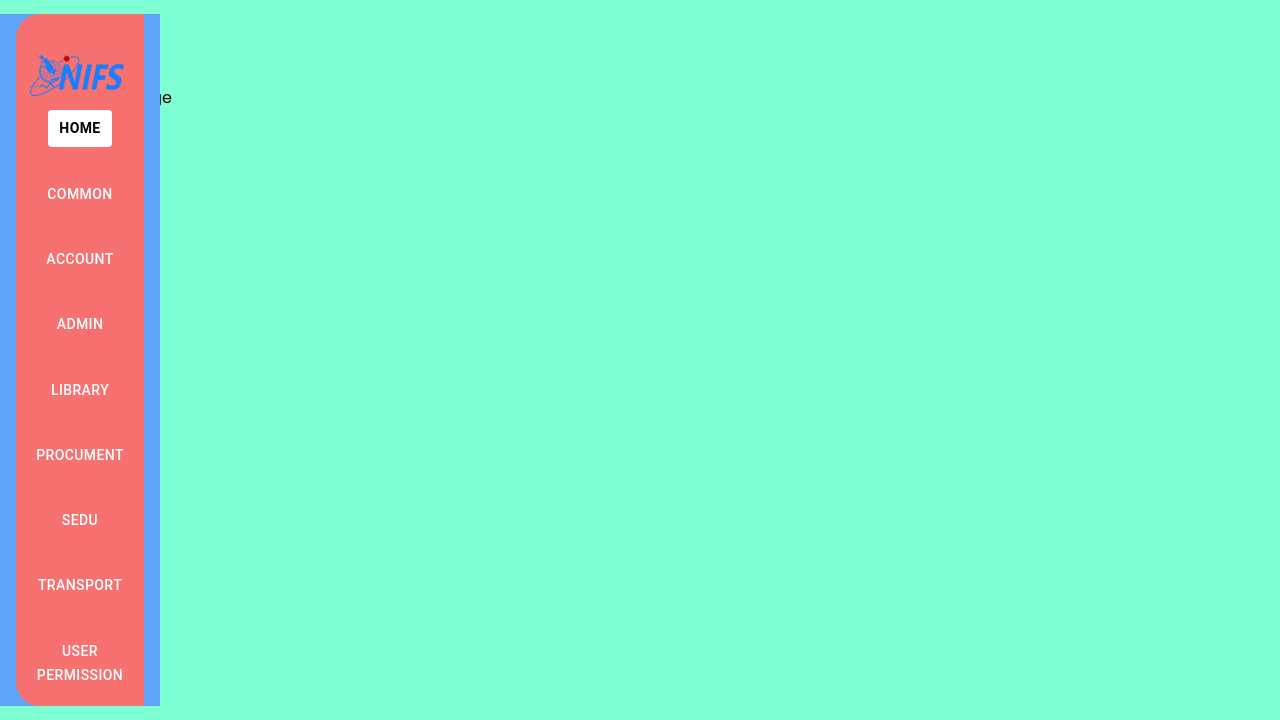
Repository: virangaj/NIFS-WebApp
Page: / (app in client/)
The author's editor kept a copy of each file at every save. The page is drawn from the files as they stood at one save, then again after the next save.
The browser window is 1280 px wide. The pictures show the whole page.
The project was rebuilt for these pictures with package versions that can differ from the ones it lists, and the page was loaded fresh each time. Also part of the build but not shown: client/src/pages/Login.tsx, client/src/components/Transport/shared/TransportNavbar.js, client/src/pages/TransportMainPage.tsx, client/src/pages/CommonMainPage.tsx, client/src/pages/AccountMainPage.tsx, client/src/pages/AdminMainPage.tsx, client/src/pages/LibraryMainPage.js, client/src/pages/ProcumentMainPage.js and 15 more.

Above is the page before, as saved 2022-07-30 22:26:27.

After the next save:
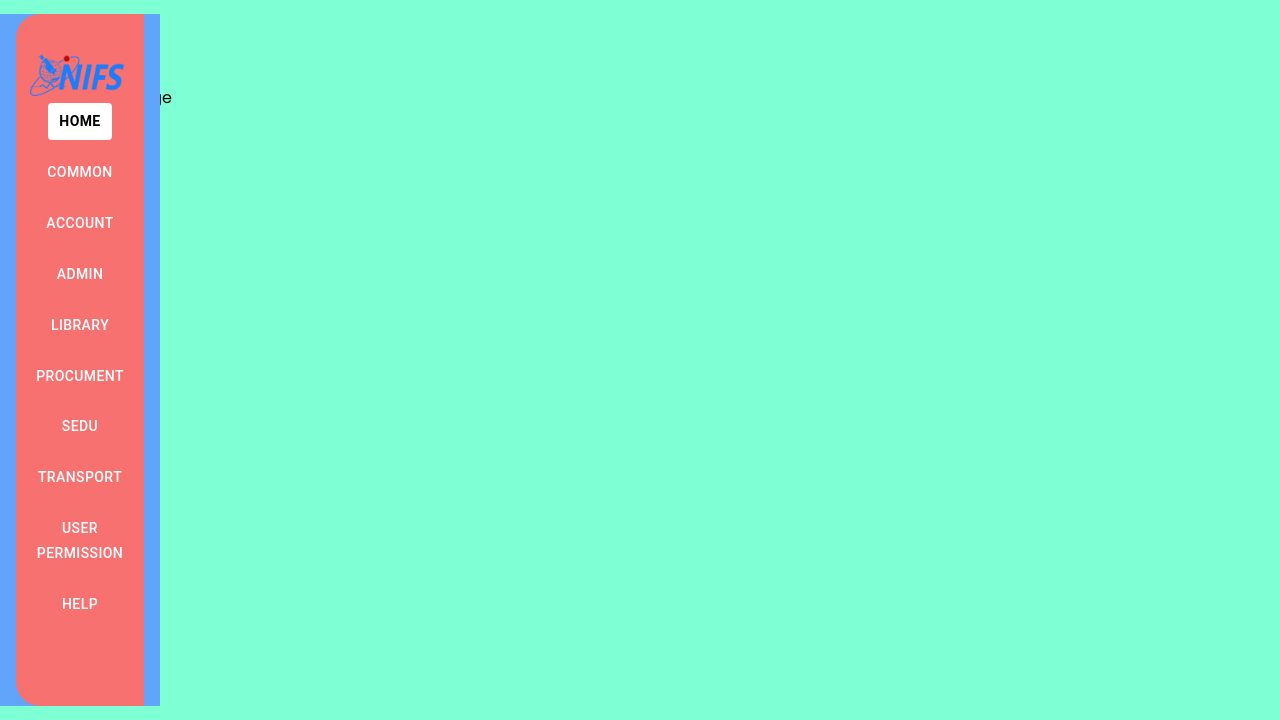
Saved 6 s later.
--- a/client/src/components/shared/VerticalMainNavbar.tsx
+++ b/client/src/components/shared/VerticalMainNavbar.tsx
@@ -20,7 +20,7 @@ function VerticalMainNavbar() {
                         <Link to={page.link} style={{ textDecoration: 'none' }} key={index}>
                             <Button
 
-                                sx={{ my: "2vh", color: 'white', display: 'block' }}
+                                sx={{ my: "1vh", color: 'white', display: 'block' }}
                                 style={{ backgroundColor: '#fff', color: '#000', fontWeight: 700 }}
 
 
@@ -33,7 +33,7 @@ function VerticalMainNavbar() {
                             <Button
                                 key={page.id}
 
-                                sx={{ my: "2vh", color: 'white', display: 'block' }}
+                                sx={{ my: "1vh", color: 'white', display: 'block' }}
 
                             >
                                 {page.title}
